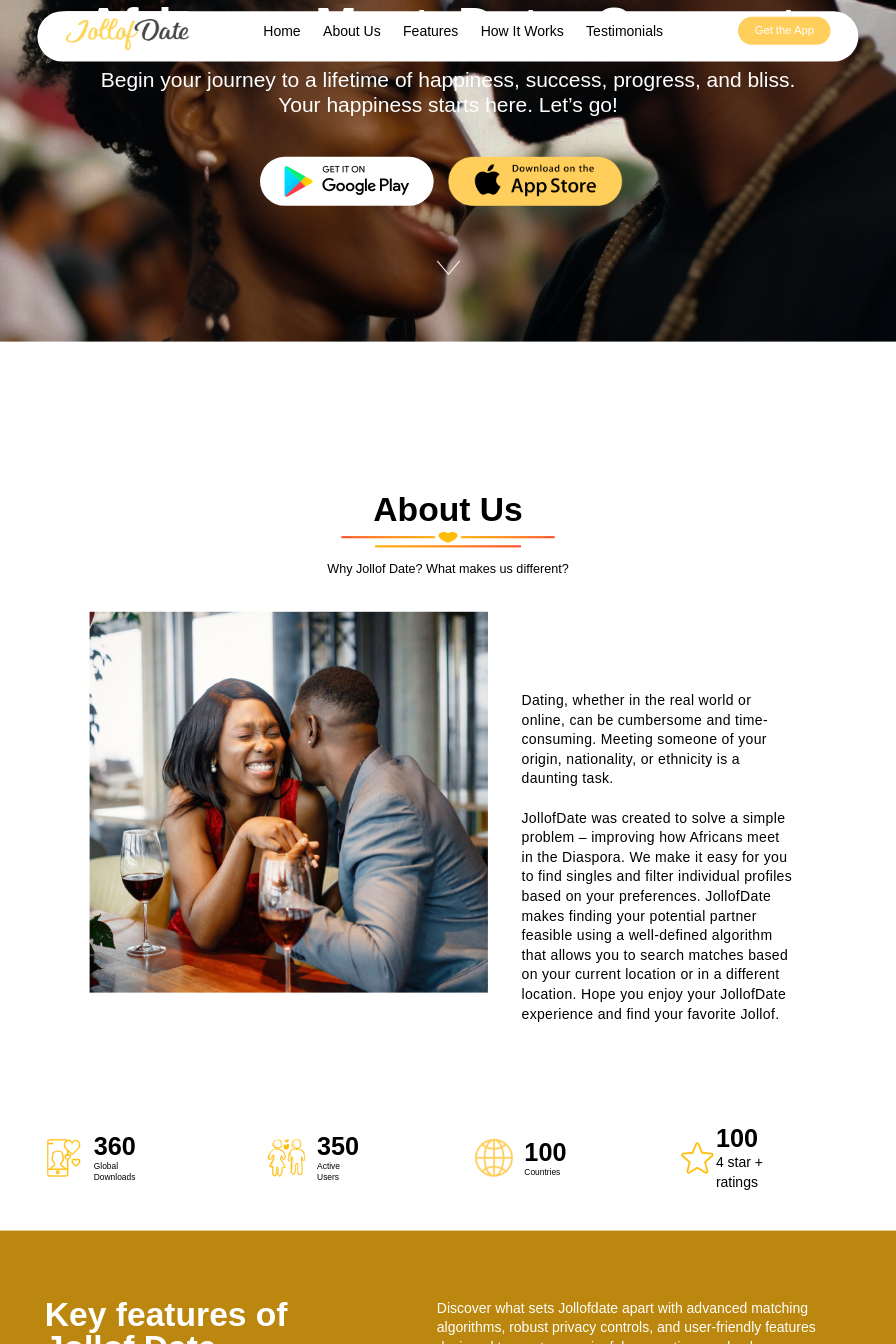
Repository: FarhanNasiru/jollofdate-frontend
Page: /
An editor plug-in stored every save of this project. The page is shown before and after the next save, followed by the edit.
The browser window is 1280 px wide. The pictures show the part of the page from y = 0 to 1920 px (the page is 6996 px tall), at 70% of full size.
Some web fonts or font styles are not loaded; a fallback is used. The project was rebuilt for these pictures with package versions that can differ from the ones it lists, and the page was loaded fresh each time. Also part of the build but not shown: vite.config.js, src/Pages/Footer2.jsx, src/components/Header2.jsx, src/Pages/privacy.jsx, src/Pages/Term.jsx.

Above is the page before, as saved 2024-08-20 16:41:56.

### index.html
<!doctype html>
<html lang="en">
  <head>
    <meta charset="UTF-8" />
    <link rel="icon" type="image/svg+xml" href="/vite.svg" />
    <meta name="viewport" content="width=device-width, initial-scale=1.0" />
    <title>Jellof Date</title>
  </head>
  <body>
    <div id="root"></div>
    <script type="module" src="/src/main.jsx"></script>
  </body>
</html>

### src/App.jsx
import { BrowserRouter as Router, Route, Routes } from "react-router-dom";
import Home from "./Pages/Home";
import Privacy from "./Pages/privacy";
import Terms from "./Pages/Term";
import "./index.css";
const App = () => {
  return (
    <Router>
      <main>
        <Routes>
          <Route path="/" element={<Home />} />
          <Route path="/privacy" element={<Privacy />} />
          <Route path="/terms" element={<Terms />} />
        </Routes>
      </main>
    </Router>
  );
};

export default App;

### src/index.css
@import url('https://fonts.cdnfonts.com/css/hvdtrial-brandon-grotesque');
@import url('https://fonts.googleapis.com/css2?family=Almendra:ital,wght@0,400;0,700;1,400;1,700&display=swap');
@import "slick-carousel/slick/slick.css";
@import "slick-carousel/slick/slick-theme.css";

@tailwind base;
@tailwind components;
@tailwind utilities;

### src/Pages/Home.jsx
import Faq from "../components/Faq";
import Testimonials from "../components/Testimonials";
import Community from "../components/Community";
import How from "../components/Howitworks";
import Features from "../components/Features";
import About from "../components/Aboutus";
import Download from "../components/Download";
import Footer from "../components/Footer";
import Header from "../components/Header";

function Home() {
  return (
    <main className=" bg-white justify-center font-HvDTrial">
      <Header />
      <section
        id="home"
        className="pl-8 pr-8 justify-center bg-center bg-no-repeat items-center w-full lg:mb-32 lg:pb-9 bg-[url('/Images/Home-bg.png')] "
      >
        <h1 className="  text-wrap text-white text-7xl md:text-7xl  font-medium md:font-semibold text-center pb-6 h-auto">
          Africans. Meet. Date. Connect.{" "}
        </h1>
        <p className=" text-2xl px-6 text-center text-white font-normal md:text-3xl">
          Begin your journey to a lifetime of happiness, success, progress, and
          bliss.
          <br /> Your happiness starts here. Let’s go!
        </p>
        <div className=" flex justify-center pt-12 flex-wrap pb-16">
          <a
            href="#"
            className="bg-transparent text-black px-1 py-1 rounded flex items-center"
          >
            <img
              src="/Images/Googleplay-whitesvg.svg"
              alt="Google Play"
              className="w-full h-full img-center"
            />
          </a>
          <a
            href="#"
            className="bg-transparent text-black px-4 py-2 rounded flex items-center"
          >
            <img
              src="/Images/Applestore-white.png"
              alt="App Store"
              className="w-full h-full mr-2"
            />
          </a>
        </div>
        <div className=" justify-center ">
          <a href="#footer">
            <img
              src="/Images/Home-arrow.png"
              alt=""
              className=" sm:hidden md:flex lg:flex xl:flex justify-center m-auto md:mb-14"
            />
          </a>
        </div>
      </section>
      <About />
      <Features />
      <How />
      <Testimonials />
      <Community />
      <Faq />
      <Download />
      <Footer />
    </main>
  );
}

export default Home;

### src/components/Faq.jsx
import { useState } from "react";

function Faq() {
  const [openIndexes, setOpenIndexes] = useState([]);

  const toggleDropdown = (index) => {
    if (openIndexes.includes(index)) {
      setOpenIndexes(openIndexes.filter((i) => i !== index));
    } else {
      setOpenIndexes([...openIndexes, index]);
    }
  };

  const faqItems = [
    "How can I create my profile on the app?",
    "How can I create my profile on the app?",
    "How can I create my profile on the app?",
    "How can I create my profile on the app?",
    "How can I create my profile on the app?",
    "How can I create my profile on the app?",
  ];

  return (
    <section id="frequently-asked-questions" className="pb-14 sm:px-9">
      <div className="sm:pb-20 md:pb-12">
        <h2 className="text-2xl md:text-3xl font-bold text-center pt-5">
          Frequently Asked Questions
        </h2>
        <div className="flex justify-center py-4">
          <img src="/Images/love-logo.png" alt="" className=" md:w-auto" />
        </div>
        <h3 className="text-center text-lg">
          You have questions? Check here for answers
        </h3>
      </div>
      <div className="text-left sm:text-wrap px-4">
        {faqItems.map((item, index) => (
          <div key={index} className=" mx-auto mt-3">
            <div
              className={`flex pt-7 pl-16 pr-12 pb-6 justify-between cursor-pointer ${
                openIndexes.includes(index)
                  ? "bg-customYellow1 font-bold text-black text-xl rounded-t-md"
                  : "bg-bright text-black text-lg border-solid border rounded-lg border-customYellow1"
              }`}
              onClick={() => toggleDropdown(index)}
            >
              <p className="text-xl font-medium">{item}</p>
              {openIndexes.includes(index) ? (
                <div className="h-6 w-6">
                  <img src="/Images/add.svg" alt="" />
                </div>
              ) : (
                <div className="h-6 w-6">
                  <img src="/Images/add2.svg" alt="" className="bg-white" />
                </div>
              )}
            </div>
            {openIndexes.includes(index) && (
              <div className="p-4 bg-customYellow1 rounded-b-md shadow pt-7 pl-16 pr-12 pb-8">
                <p className=" xl:w-custom3text-xl md:text-wrap sm:text-balance">
                  Begin your journey to a lifetime of happiness, success,
                  progress and bliss. Begin your journey to a lifetime of
                  happiness, success, progress and bliss. Begin your journey to
                  a lifetime of happiness, success, progress and bliss. Begin
                  your journey to a lifetime of happiness, success, progress and
                  bliss. Begin your journey to a lifetime of happiness, success,
                  progress and bliss. Begin your journey to a lifetime of
                  happiness, success, progress and bliss. Begin your journey to
                  a lifetime of happiness, success, progress and bliss.
                </p>
              </div>
            )}
          </div>
        ))}
      </div>
    </section>
  );
}

export default Faq;

### src/components/Testimonials.jsx
import { Carousel } from "antd";

function Testimonials() {
  const contentStyle = {
    height: "auto",
    color: "#fff",
    lineHeight: "40px",
    textAlign: "center",
    background: "transparent",
  };

  const testimonials = [
    {
      quote:
        "“Other dating apps were like shooting fish in a barrel. But my girlfriend and I clicked right away on Jollofdate, and the conversation was effortless. We’ve been together for over a year.”",
      name: "Caitlyn King",
    },
    {
      quote:
        "“Other dating apps were like shooting fish in a barrel. But my girlfriend and I clicked right away on Jollofdate, and the conversation was effortless. We’ve been together for over a year.”",
      name: "Crystabel lyn",
    },
    {
      quote:
        "“Other dating apps were like shooting fish in a barrel. But my girlfriend and I clicked right away on Jollofdate, and the conversation was effortless. We’ve been together for over a year.”",
      name: "David Johnson",
    },
    {
      quote:
        "“Other dating apps were like shooting fish in a barrel. But my girlfriend and I clicked right away on Jollofdate, and the conversation was effortless. We’ve been together for over a year.”",
      name: "King Micheal",
    },
  ];

  return (
    <section id="testimonials" className="p-8 pt-24">
      <div>
        <h2 className="text-5xl font-normal text-center p-2">Testimonials</h2>
        <div className="flex justify-center pb-5 md:pb-6">
          <img src="/Images/love-logo.png" alt="Love Logo" />
        </div>
        <h3 className="text-center text-lg">
          Read what our existing users have to say
        </h3>
      </div>
      <div className="text-center pt-9 pb-16 text-black">
        <Carousel autoplay>
          {testimonials.map((testimonial, index) => (
            <div key={index}>
              <div style={contentStyle}>
                <h1 className="text-black text-center m-auto font-normal text-2xl text-wrap">
                  {testimonial.quote}
                </h1>
                <div className="flex justify-center py-3">
                  {[...Array(5)].map((_, i) => (
                    <img
                      key={i}
                      src="/Images/Star.svg"
                      alt="Star"
                      className="mx-1"
                    />
                  ))}
                </div>
                <p className="text-center text-black text-lg pb-8">
                  {testimonial.name}
                </p>
              </div>
            </div>
          ))}
        </Carousel>
      </div>
    </section>
  );
}

export default Testimonials;

### src/components/Community.jsx
function Community() {
  return (
    <div>
      <section
        id="Community"
        className="bg-custom-radial flex flex-col items-center justify-center mb-28 px-6 pt-8"
      >
        <div className="space-y-8 text-center text-black">
          <div>
            <h1 className="text-3xl sm:text-4xl md:text-5xl font-bold">
              Join the
            </h1>
            <h2 className="text-3xl sm:text-4xl md:text-5xl font-bold">
              Jollof Date Community
            </h2>
          </div>
          <div className="w-full sm:w-4/5 md:w-3/5 lg:w-custom9 mx-auto">
            <h3 className="text-sm sm:text-base font-normal">
              Download the app from your store and begin your journey to a
              lifetime of happiness, success, progress, and bliss.
            </h3>
          </div>
          <div className="flex flex-col md:flex-row justify-center items-center m-auto gap-3">
            <a href="" className="w-32 md:w-40">
              <img
                src="/Images/Applestore-dark.png"
                alt="Download on the App Store"
                className="m-auto"
              />
            </a>
            <a href="" className="w-32 md:w-40">
              <img
                src="/Images/Googleplay-Dark.png"
                alt="Get it on Google Play"
                className="m-auto"
              />
            </a>
          </div>
        </div>
        <div className="flex justify-center mt-8">
          <img
            src="/Images/threephones.png"
            alt="Three phones showing the app"
            className="w-full sm:w-4/5 md:w-3/5 lg:w-auto"
          />
        </div>
      </section>
    </div>
  );
}

export default Community;

### src/components/Howitworks.jsx
function Howitworks() {
  return (
    <div>
      <section id="how-it-works" className="pt-16 md:pt-72 pb-10">
        <h2 className="text-2xl md:text-3xl font-bold text-center mt-24 md:mt-44 p-2">
          How it works
        </h2>
        <div className="flex justify-center pb-4 md:pb-2">
          <img src="/Images/love-logo.png" alt="" className=" md:w-auto" />
        </div>
        <h3 className="text-center text-sm md:text-base pb-4 md:pb-6">
          A step-by-step guide on how to get started on Jollof Date
        </h3>
        <div className="flex flex-col xl:flex-row p-4 md:p-8 space-y-8 md:space-y-0">
          <div id="picture" className="flex justify-center   space-x-3 ">
            <img
              src="/Images/f-and-j-frame.png"
              alt=""
              className="w-full md:w-auto"
            />
          </div>
          <div className="icon space-y-8 md:space-y-11 md:ml-11">
            <div className="flex gap-4 md:gap-6">
              <img
                src="/Images/sign up.png"
                alt=""
                className="w-12 h-12 md:w-16 md:h-16"
              />
              <div>
                <h1 className="font-bold text-xl md:text-2xl">Sign Up</h1>
                <h2 className="font-normal text-sm md:text-xl">
                  Begin your journey to a lifetime of happiness, success,
                  progress, and bliss.
                </h2>
              </div>
            </div>
            <div className="flex gap-4 md:gap-6">
              <img
                src="/Images/create.png"
                alt=""
                className="w-12 h-12 md:w-16 md:h-16"
              />
              <div>
                <h1 className="font-bold text-xl md:text-2xl">
                  Create Profile and Add Preferences
                </h1>
                <h2 className="font-normal text-sm md:text-xl">
                  Share your interests, hobbies, and a bit about yourself to
                  help us find your perfect match.
                </h2>
              </div>
            </div>
            <div className="flex gap-4 md:gap-6">
              <img
                src="/Images/browse.png"
                alt=""
                className="w-12 h-12 md:w-16 md:h-16"
              />
              <div>
                <h1 className="font-bold text-xl md:text-2xl">
                  Browse and Match
                </h1>
                <h2 className="font-normal text-sm md:text-xl">
                  Use our advanced filters to find people who share your
                  interests and values. Start connecting today.
                </h2>
              </div>
            </div>
            <div className="flex gap-4 md:gap-6">
              <img
                src="/Images/chat.png"
                alt=""
                className="w-12 h-12 md:w-16 md:h-16"
              />
              <div>
                <h1 className="font-bold text-xl md:text-2xl">Chat and Call</h1>
                <h2 className="font-normal text-sm md:text-xl">
                  Get to know your matches better and build connections in a
                  safe and private environment.
                </h2>
              </div>
            </div>
          </div>
        </div>
      </section>
    </div>
  );
}

export default Howitworks;

### src/components/Features.jsx
function Features() {
  return (
    <div>
      <section
        id="features"
        className=" md:p-8 pt-16 md:pt-24 mb-20 md:mb-40 bg-featuresY h-full w-full md:h-custom16"
      >
        <div className="">
          <div className="flex flex-col md:flex-row justify-between m-auto px-4 md:px-8 space-y-4 md:space-y-0">
            <h3 className="text-3xl md:text-5xl font-bold w-full md:w-96 h-auto md:h-36 text-white">
              Key features of Jollof Date
            </h3>
            <h2 className="text-xl w-full md:w-custom4 font-normal text-white">
              Discover what sets Jollofdate apart with advanced matching
              algorithms, robust privacy controls, and user-friendly features
              designed to create meaningful connections and enhance your online
              dating experience.
            </h2>
          </div>
          <div className="flex flex-col md:flex-row h-full space-y-4 md:space-y-0 md:space-x-9 pl-0 md:pl-8 pr-0 md:pr-8 mt-8 w-full">
            <div className="bg-white text-center border rounded-3xl">
              <img
                src="/Images/phone1.png"
                alt=""
                className="w-full md:w-auto"
              />
            </div>
            <div className="bg-white text-center border rounded-3xl">
              <a href="">
                <img src="/Images/Phone2.png" alt="" className="w-full" />
              </a>
            </div>
            <div className="bg-white text-center border rounded-3xl">
              <a href="">
                <img src="/Images/Phone3.png" alt="" className="w-full" />
              </a>
            </div>
          </div>
        </div>
      </section>
    </div>
  );
}

export default Features;

### src/components/Aboutus.jsx
function Aboutus() {
  return (
    <div>
      <section id="about-us" className="pt-16 md:pt-20">
        <div className="px-4 md:px-24">
          <h2 className="text-3xl md:text-5xl font-bold text-center p-2">
            About Us
          </h2>
          <div className="flex justify-center pb-4">
            <img src="/Images/love-logo.png" alt="" className="md:14" />
          </div>
          <h3 className="text-center text-base md:text-lg pb-8 md:pb-12">
            Why Jollof Date? What makes us different?
          </h3>
          <div className="flex flex-col xl:flex-row gap-4 lg:gap-8 px-2 lg:px-8 pb-16 lg:pb-32 justify-center">
            <img
              src="/Images/Lovers.png"
              alt=""
              className="max-w-xl max-h-3px"
            />
            <div className="tracking-wide bg-white p-4 md:pt-28 font-normal text-base md:text-xl">
              <p>
                Dating, whether in the real world or online, can be cumbersome
                and time-consuming. Meeting someone of your origin, nationality,
                or ethnicity is a daunting task.
              </p>
              <br />
              <p>
                JollofDate was created to solve a simple problem – improving how
                Africans meet in the Diaspora. We make it easy for you to find
                singles and filter individual profiles based on your
                preferences. JollofDate makes finding your potential partner
                feasible using a well-defined algorithm that allows you to
                search matches based on your current location or in a different
                location. Hope you enjoy your JollofDate experience and find
                your favorite Jollof.
              </p>
            </div>
          </div>
        </div>
        <div className="flex flex-col md:flex-row justify-center items-center space-y-12 md:space-y-0 md:space-x-20 lg:space-x-48 px-16 pb-14 w-11/12">
          <div className="flex items-center">
            <img src="/Images/person.png" alt="Person Icon" className="mr-4" />
            <div className="text-center md:text-left">
              <h1 className="font-bold text-4xl">360</h1>
              <h2 className="text-xs">Global Downloads</h2>
            </div>
          </div>

          <div className="flex items-center">
            <img src="/Images/people.png" alt="People Icon" className="mr-4" />
            <div className="text-center md:text-left">
              <h1 className="font-bold text-4xl">350</h1>
              <h2 className="text-xs">Active Users</h2>
            </div>
          </div>

          <div className="flex items-center">
            <img src="/Images/world-o.png" alt="World Icon" className="mr-4" />
            <div className="text-center md:text-left">
              <h1 className="font-bold text-4xl">100</h1>
              <h2 className="text-xs">Countries</h2>
            </div>
          </div>

          <div className="flex items-center">
            <img src="/Images/Star2.png" alt="Star Icon" className="" />
            <div className="text-center md:text-left">
              <h1 className="font-bold text-4xl">100</h1>
              <h2 className="text-xs lg:text-xl">4 star + ratings</h2>
            </div>
          </div>
        </div>
      </section>
    </div>
  );
}

export default Aboutus;

### src/components/Download.jsx
function Download() {
  return (
    <section
      id="last"
      className=" mt-20 w-full justify-center bg-customYellow1 md:w-3/4 xl:w-4/5 md:h-full pb-9 m-auto pt-9 p-11 border-0 rounded-2xl -mb-[100px] relative "
    >
      <div className="">
        <div>
          <h1 className="text-center font-normal text-xl pb-3 pl-3 pr-3">
            Your one stop spot for the right relationship
          </h1>
        </div>
        <h3 className="text-center font-bold text-4xl pb-3 lg:">
          Download Jollofdate Now
        </h3>
        <h2 className=" flex text-center justify-center m-auto font-normal xl:w-80 pb-8">
          Begin your journey to a lifetime of happiness, success, progress and
          bliss.
        </h2>
        <div className="text-center md:flex flex-wrap justify-center gap-4 m-auto space-y-7 md:space-y-0 ">
          <img
            src="/Images/Applestore-dark.png"
            alt=""
            className="m-auto md:m-0"
          />
          <img
            src="/Images/Googleplay-Dark.png"
            alt=""
            className="m-auto md:m-0"
          />
        </div>
      </div>
    </section>
  );
}

export default Download;

Loaded but not shown: src/main.jsx (common file); tailwind.config.js (58 lines, source omitted); src/components/Header.jsx (148 lines, source omitted); src/components/Footer.jsx (106 lines, source omitted)

After the next save:
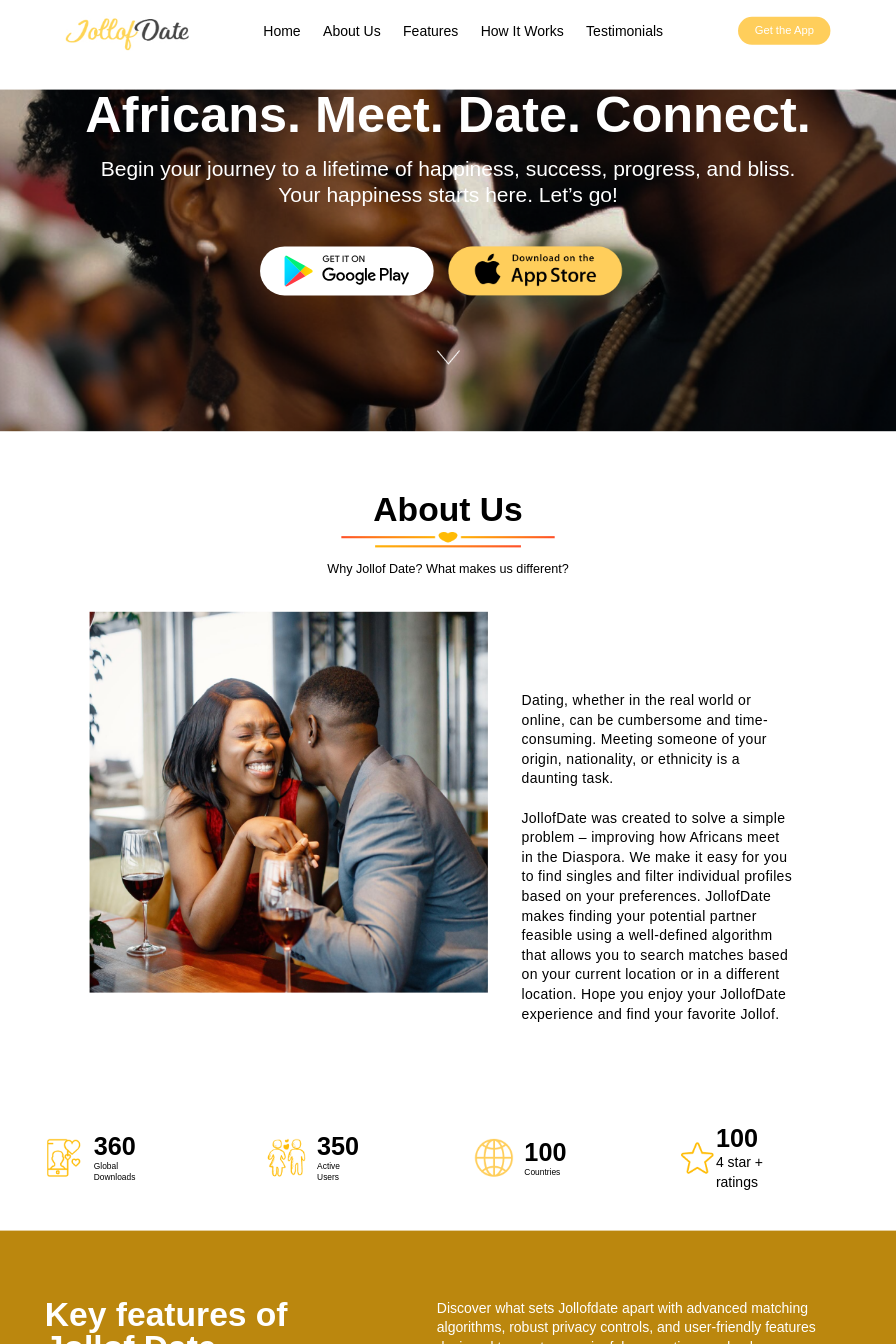
Saved 16 s later.
--- a/src/Pages/Home.jsx
+++ b/src/Pages/Home.jsx
@@ -14,7 +14,7 @@
       <Header />
       <section
         id="home"
-        className="pl-8 pr-8 justify-center bg-center bg-no-repeat items-center w-full lg:mb-32 lg:pb-9 bg-[url('/Images/Home-bg.png')] "
+        className="pl-8 pr-8 justify-center bg-center bg-no-repeat items-center w-full lg:mt-32 lg:pb-9 bg-[url('/Images/Home-bg.png')] "
       >
         <h1 className="  text-wrap text-white text-7xl md:text-7xl  font-medium md:font-semibold text-center pb-6 h-auto">
           Africans. Meet. Date. Connect.{" "}
